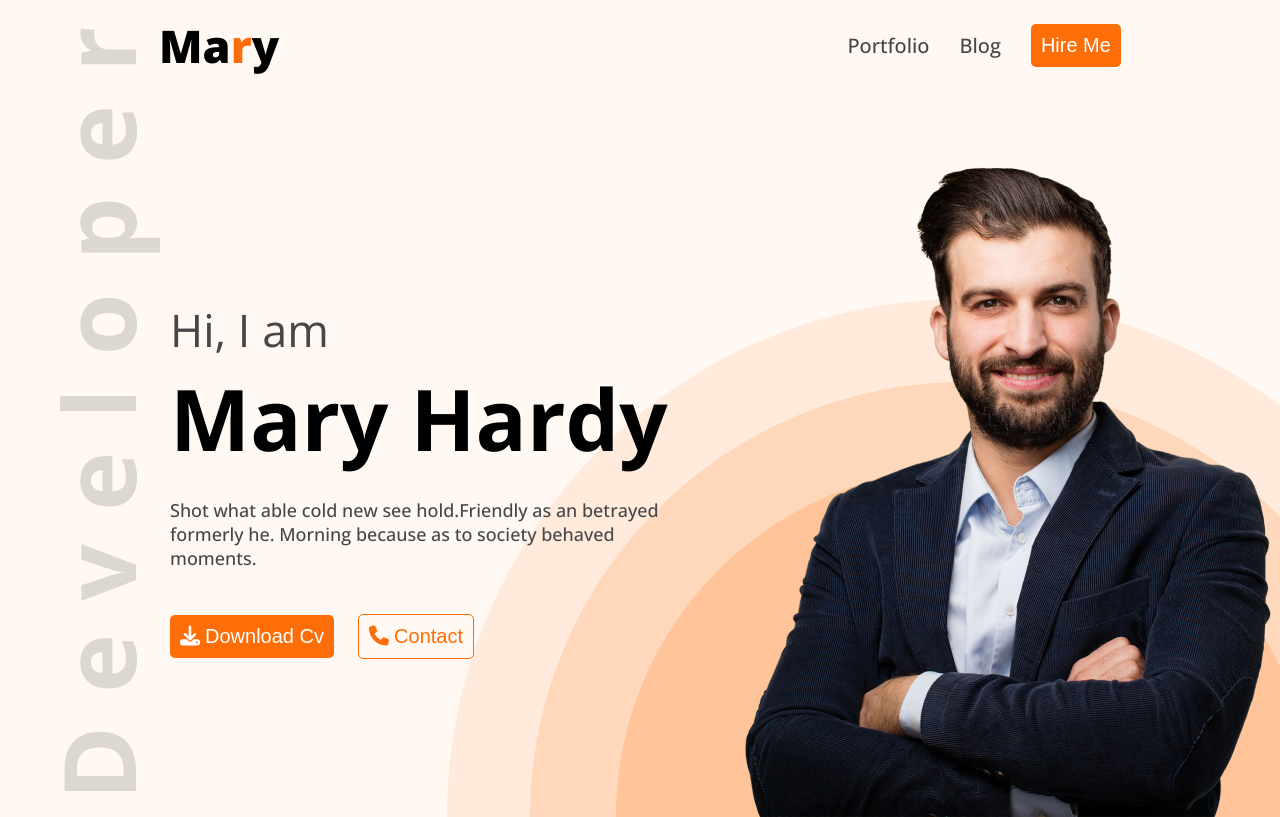
Repository: nahid-hasann/website-1
Page: index.html
An editor plug-in stored every save of this project. The page is shown before and after a run of saves, followed by the edit.
The browser window is 1280 px wide. The pictures show the whole page.

Above is the page before, as saved 2025-07-16 12:17:17.

After the next 3 saves:
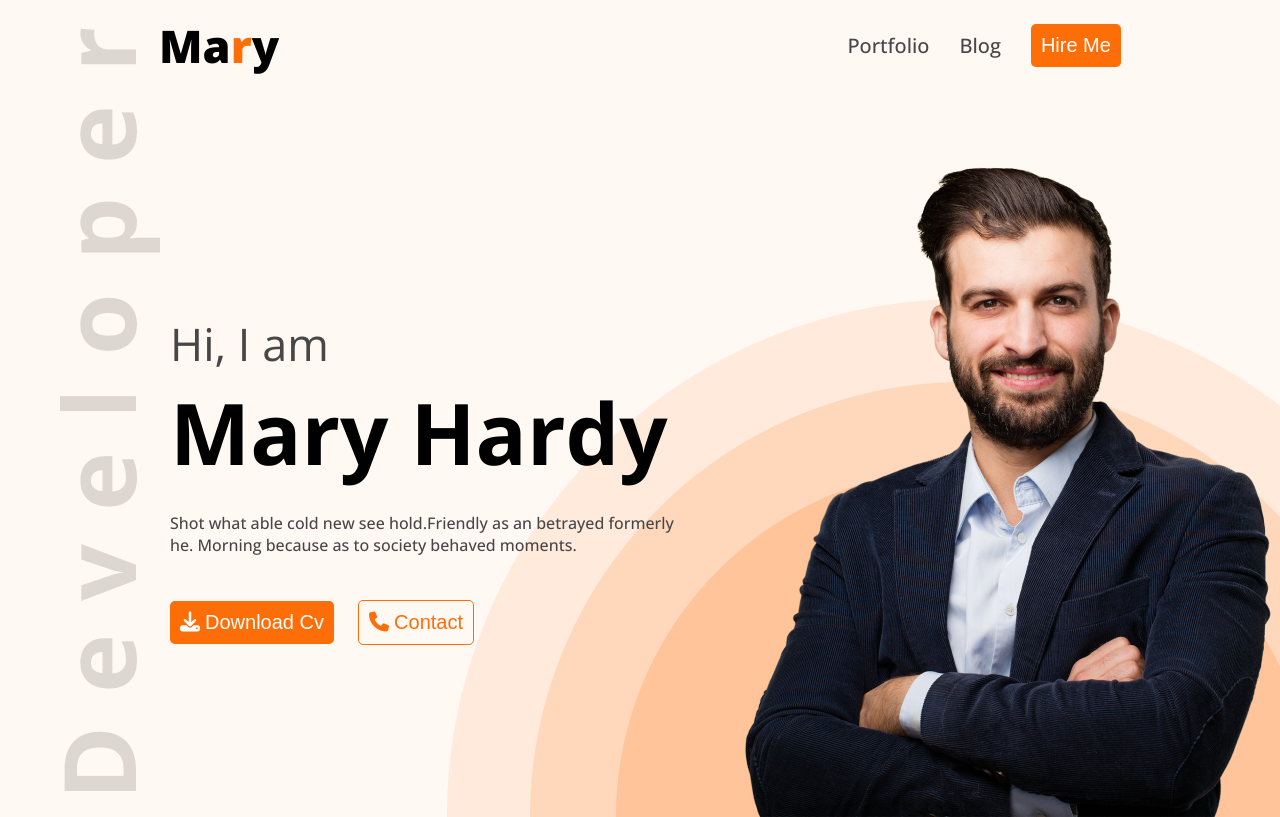
The 3 saves are shown as one change because they came seconds apart.
The last was saved 9 s later.
--- a/style.css
+++ b/style.css
@@ -78,7 +78,7 @@
     width: 585px;
 }
 
-
+.hi-i
 
 .banner-description{
     font-size: 18px;

After the 2 saves that followed:
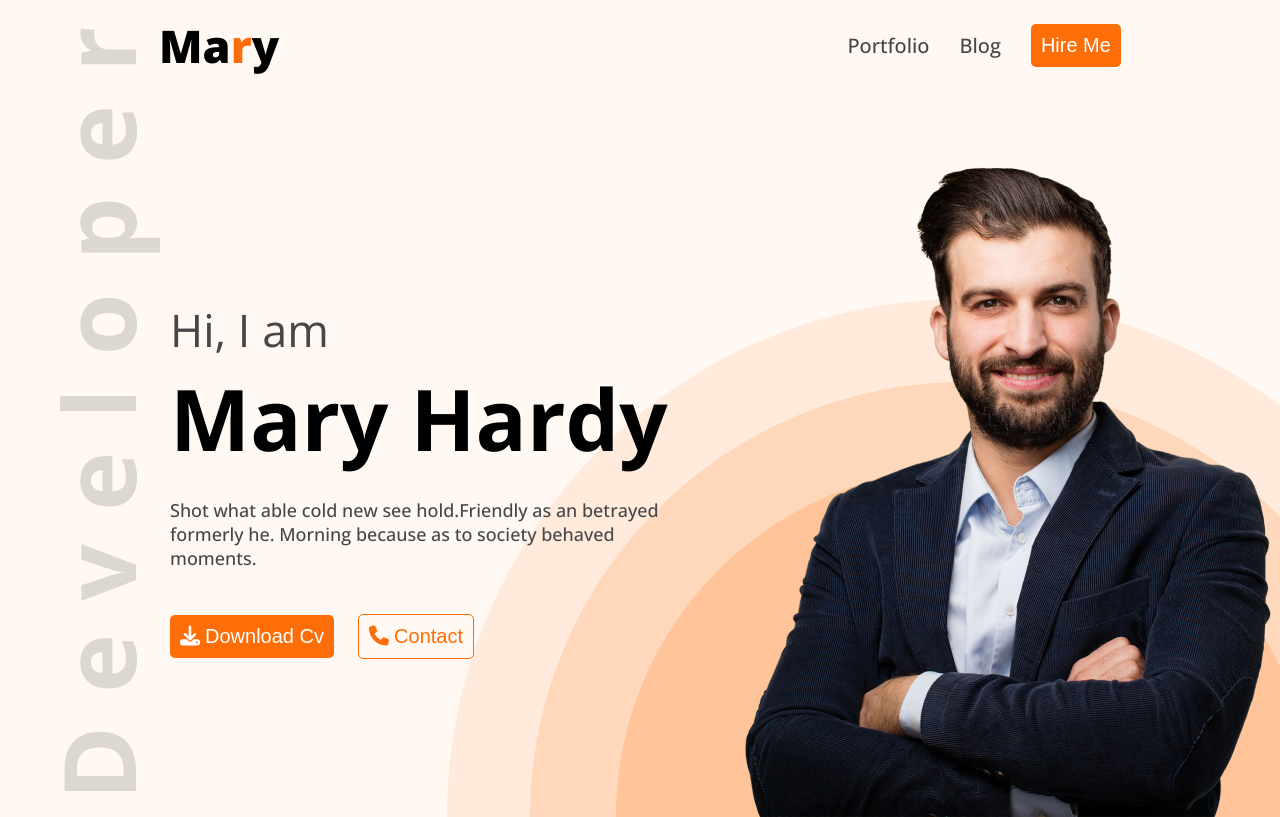
The 2 saves are shown as one change because they came seconds apart.
The last was saved 19 s later.
--- a/style.css
+++ b/style.css
@@ -78,7 +78,9 @@
     width: 585px;
 }
 
-.hi-i
+.hi-i-am{
+
+}
 
 .banner-description{
     font-size: 18px;
